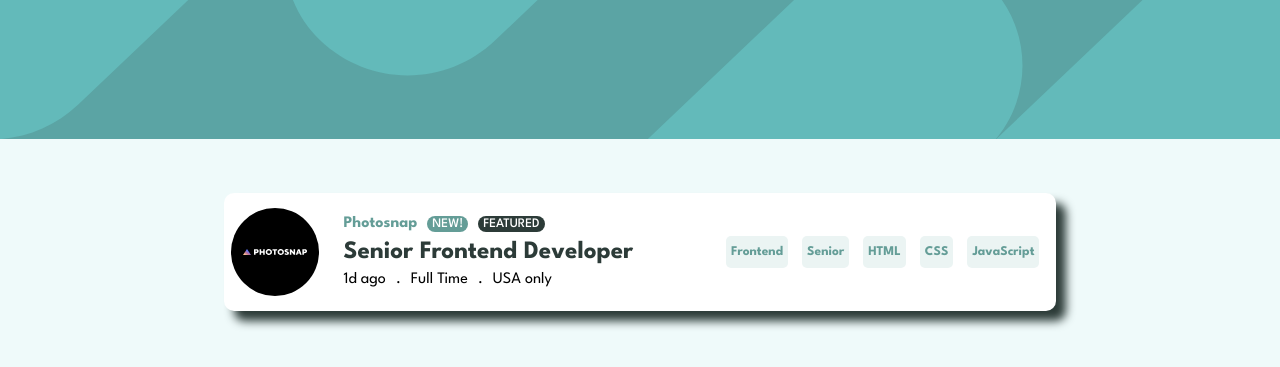
Repository: Eldream12/JobListing
Page: index.html
The author's editor kept a copy of each file at every save. The page is drawn from the files as they stood at one save, then again after the next save.
The browser window is 1280 px wide. The pictures show the whole page.

Above is the page before, as saved 2025-03-31 21:16:26.

After the next save:
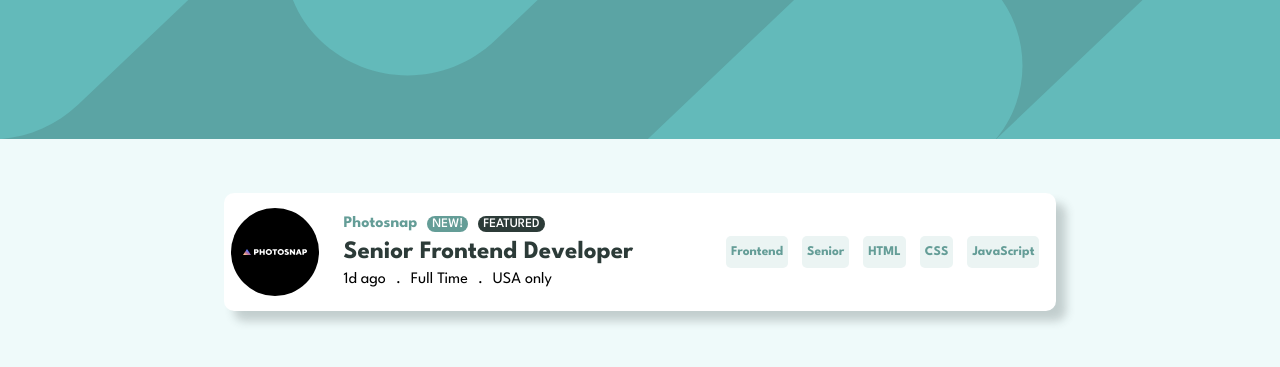
Saved 10 s later.
--- a/style/style.css
+++ b/style/style.css
@@ -27,7 +27,7 @@ header img {
 	padding: 15px 5px 15px 5px;
 	gap: 90px;
 	border-radius: 10px;
-	box-shadow: #2c3b38 10px 10px 10px;
+	box-shadow: #2c3b383a 10px 10px 10px;
 }
 
 .content-carrier .content .txt-1 {
